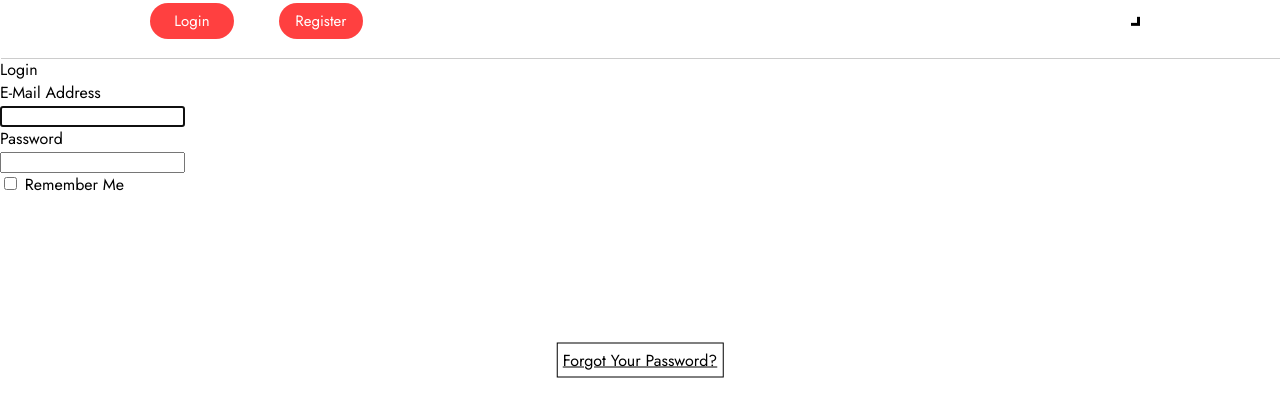
Repository: PatryxB/bikeService
Page: http://localhost/login
The author's editor kept a copy of each file at every save. The page is drawn from the files as they stood at one save, then again after the next save.
The browser window is 1280 px wide. The pictures show the whole page.
The page is served by the project's Laravel application, run on PHP 8.4 with Laravel 8. Style sheets and scripts are compiled from the project's sources, by tool versions that may differ from the author's.

Above is the page before, as saved 2020-05-14 10:55:39.

After the next save:
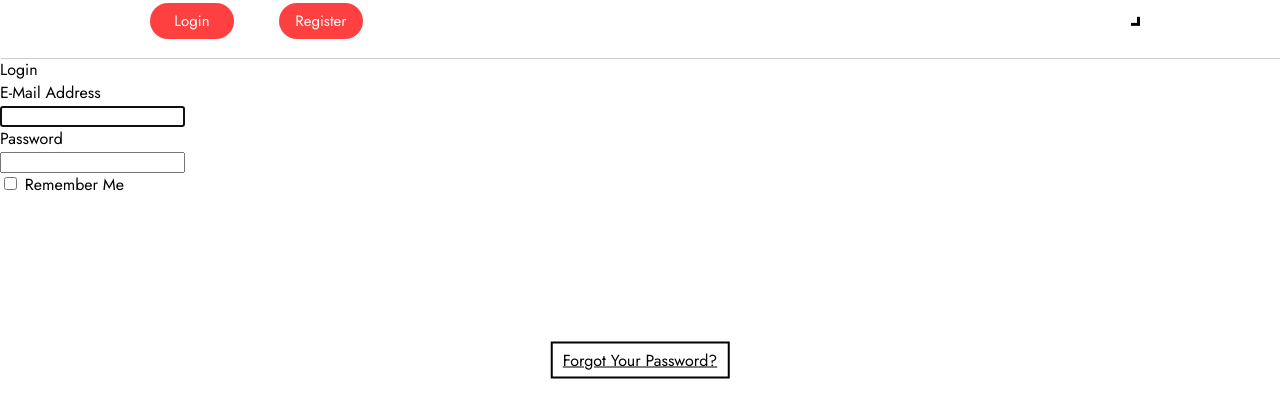
Saved 56 s later.
--- a/resources/sass/app.scss
+++ b/resources/sass/app.scss
@@ -81,6 +81,8 @@ nav a:nth-child(1), nav a:nth-child(2){
     transform: translate(-50%, -50%);
     background-color: white;
     color: black;
-    border: 1px solid black;
+    border: 2px solid black;
     padding: 5px;
+    padding-left: 10px;
+    padding-right: 10px;
 }
